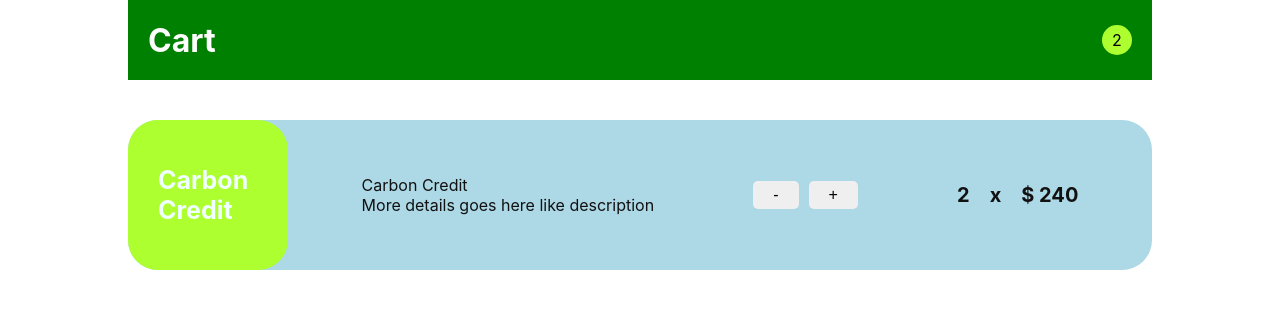
Repository: Yowani24/CarbonApp
Page: /cart
The author's editor kept a copy of each file at every save. The page is drawn from the files as they stood at one save, then again after a run of saves.
The browser window is 1280 px wide. The pictures show the whole page.
The project was rebuilt for these pictures with package versions that can differ from the ones it lists, and the page was loaded fresh each time. The framework's server and built-in components were replaced by stand-ins that run in the browser. Also part of the build but not shown: next.config.js.

Above is the page before, as saved 2021-09-26 20:49:44.

### pages/_app.js
import '../styles/globals.css'
import Cart from './cart';

function MyApp({ Component, pageProps }) {
  return (
    <>
      <Component {...pageProps} />
    </>
  );
}

export default MyApp

### pages/cart/index.js
import React from 'react';
import Head from 'next/head'

import styles from './Cart.module.css'

export default function Cart(props) {
    return (
        <>
          <Head>
              <title>Cart</title>
          </Head>
          <header>
              <div className={styles.interface}>
                    <div className={styles.header_content}>
                        <h1>Cart</h1>
                        <p>2</p>
                    </div>
              </div>
          </header>

          <section>
              <div className={styles.interface}>
                  <div className={styles.boxes}>
                      <div className={styles.content_box}>
                          <div className={styles.box}>
                              <h3>Carbon Credit</h3>
                          </div>

                          <div className={styles.product_details}>
                            <div className={styles.description}>
                                <p>Carbon Credit</p>
                                <p>More details goes here like description</p>
                            </div>

                            <div className={styles.quantity_controls}>
                                <button>-</button>
                                <button>+</button>
                            </div>

                            <div className={styles.current_money}>
                                <p>2</p>
                                <span>x</span>
                                <p>$ 240</p>
                            </div>
                          </div>
                      </div>
                  </div>
              </div>
          </section>
        </>
    )
}

### styles/globals.css
html,
body {
  padding: 0;
  margin: 0;
  font-family: -apple-system, BlinkMacSystemFont, Segoe UI, Roboto, Oxygen,
    Ubuntu, Cantarell, Fira Sans, Droid Sans, Helvetica Neue, sans-serif;
}

a {
  color: inherit;
  text-decoration: none;
}

* {
  margin: 0;
  box-sizing: border-box;
}

### pages/cart/Cart.module.css
.interface{
    width: 80%;
    margin: 0 auto;
}
.header_content{
    display: flex;
    justify-content: space-between;
    align-items: center;
    height: 80px;
    padding: 0 20px;
    background: green;
}
.header_content h1{
    color: #FFFFFF;
}
.header_content p{
    background: greenyellow;
    display: flex;
    justify-content: center;
    align-items:center;
    width: 30px;
    height: 30px;
    border-radius: 100%;
}


.boxes{
    margin-top: 40px;
}
.content_box{
    width: 100%;
    height: 150px;
    background:lightblue;
    border-radius: 30px;

    display: flex;
    align-items:center;
}
.box{
    width: 160px;
    background: greenyellow;
    height: 100%;
    border-radius: 30px;

    display: flex;
    justify-content: center;
    align-items: center;
}
.box h3{
    font-size: 25px;
    width: 100px;
    color: azure;
}
.product_details{
    display: flex;
    justify-content: space-between;
    align-items: center;
    width: 70%;
    margin: 0 auto;
    color: hsl(0, 3%, 7%);
}
.quantity_controls button{
    border: none;
    padding: 5px 20px;
    margin: 0 5px;
    border-radius: 5px;
    font-size: 16px;
}
.quantity_controls button:active{
    background: gainsboro;
}
.current_money{
    display: flex;
    font-size: 20px;
    font-weight: bold;
}
.current_money span{
    padding: 0 20px;
}

Loaded but not shown: pages/api/hello.js (common file)

After the next 2 saves:
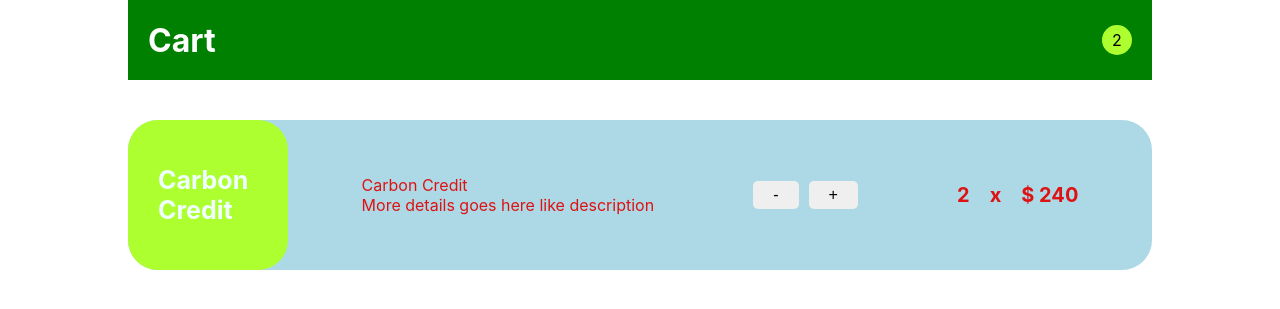
The 2 saves are shown as one change because they came seconds apart.
The last was saved 8 s later.
--- a/pages/cart/Cart.module.css
+++ b/pages/cart/Cart.module.css
@@ -57,7 +57,7 @@
     align-items: center;
     width: 70%;
     margin: 0 auto;
-    color: hsl(0, 3%, 7%);
+    color: hsl(0, 84%, 47%);
 }
 .quantity_controls button{
     border: none;
